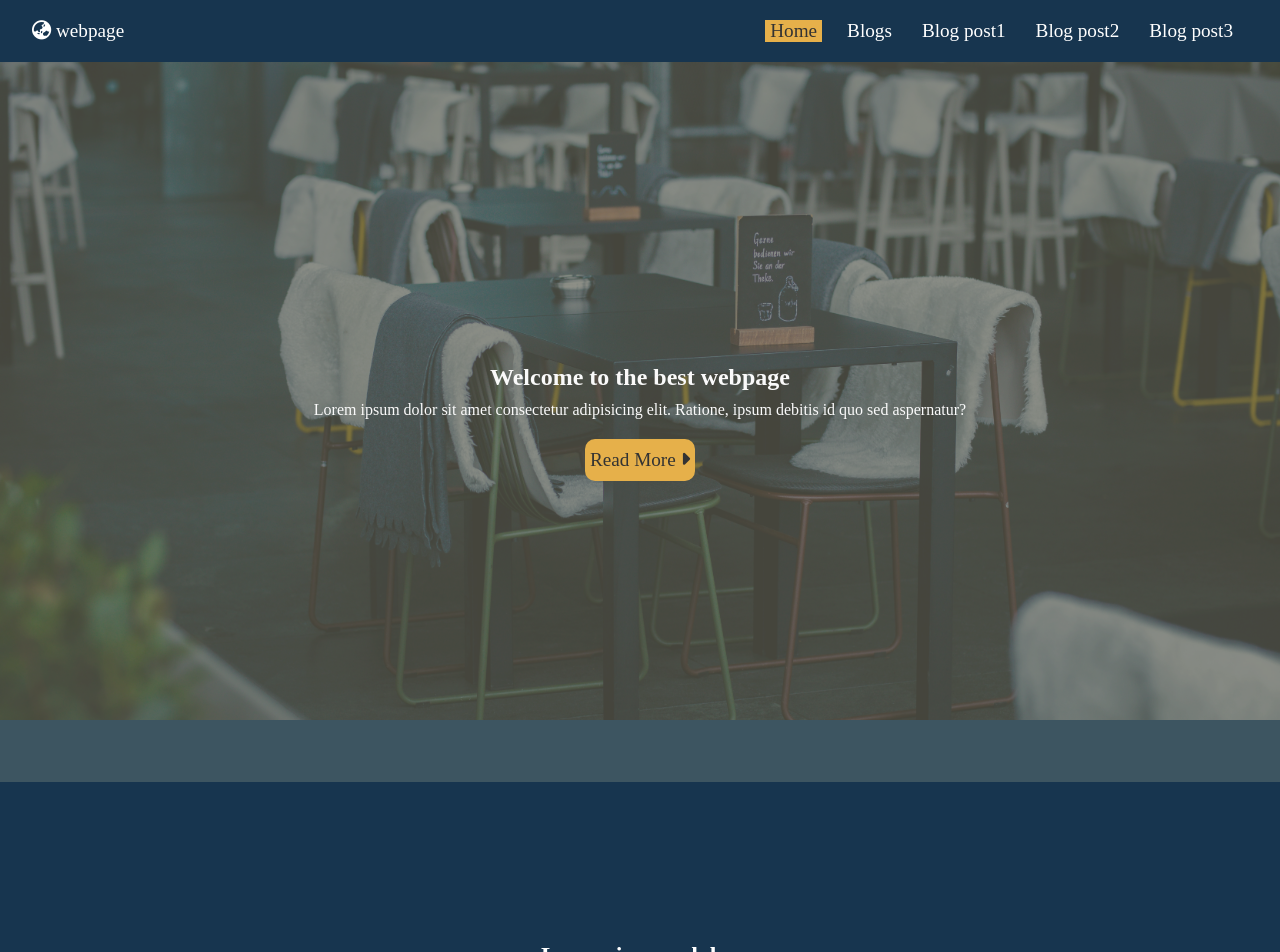
Repository: reemoon-ctrl/Landing-Page-Project
Page: index.html
The author's editor kept a copy of each file at every save. The page is drawn from the files as they stood at one save, then again after a run of saves.
The browser window is 1280 px wide. The pictures show the part of the page from y = 0 to 952 px (the page is 5730 px tall).
Some web libraries are served in a nearby version.

Above is the page before, as saved 2025-04-10 12:19:01.

After the next 8 saves:
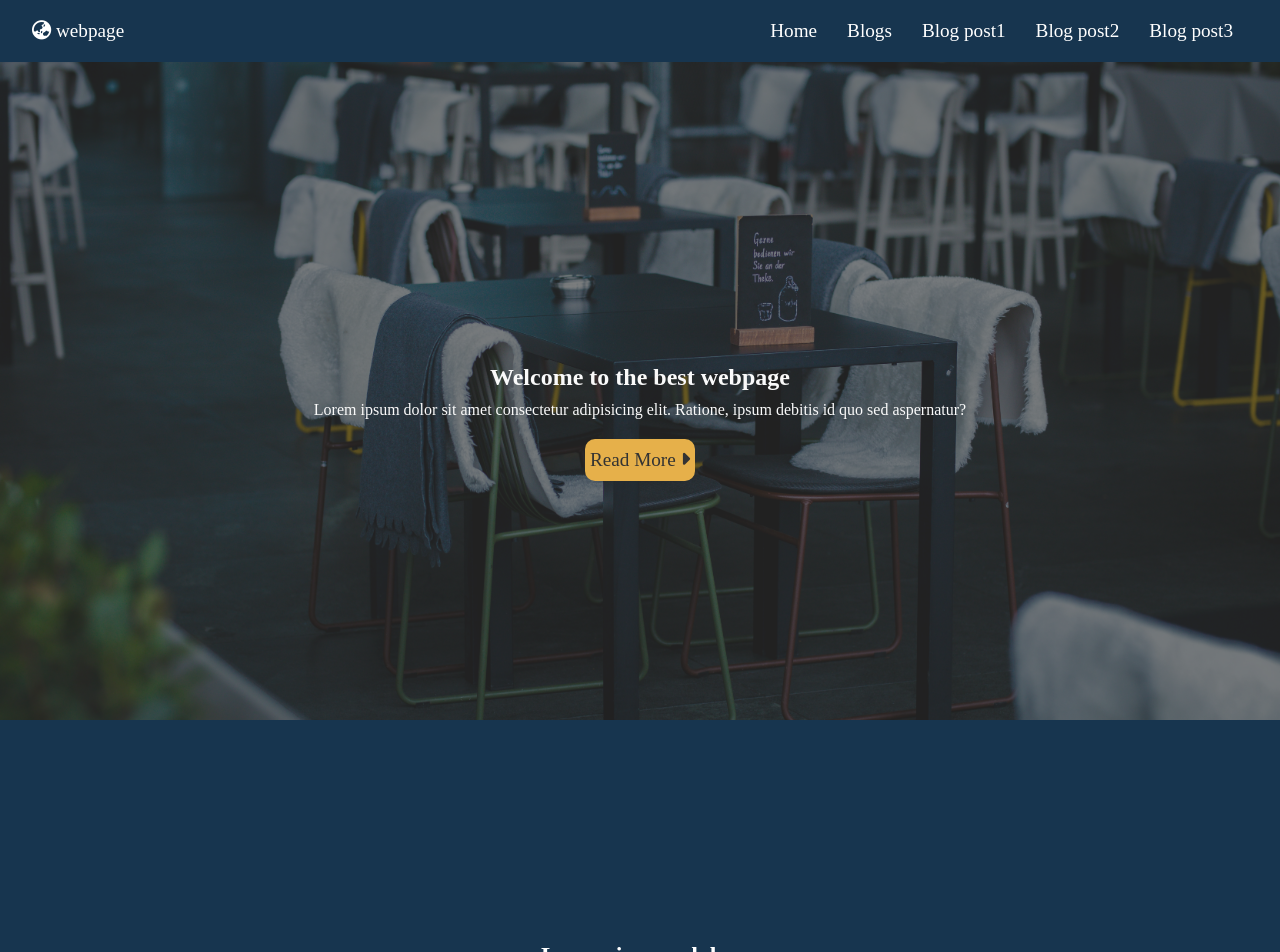
Console error: ReferenceError: fix is not defined
The 8 saves are shown as one change because they came seconds apart.
The last was saved 27 s later.
--- a/js/app.js
+++ b/js/app.js
@@ -39,7 +39,7 @@
 allNavLinks.forEach(link => link.addEventListener('click', smoothScroll));
 
 //fixing the nav bar on scroll
-window.add
+window.addEventListener("scroll",fix)
 function fixnavpar() {
   const header = document.querySelector(".main-header");
   const navBarFixedPosition = header.offsetTop;

After the 5 saves that followed:
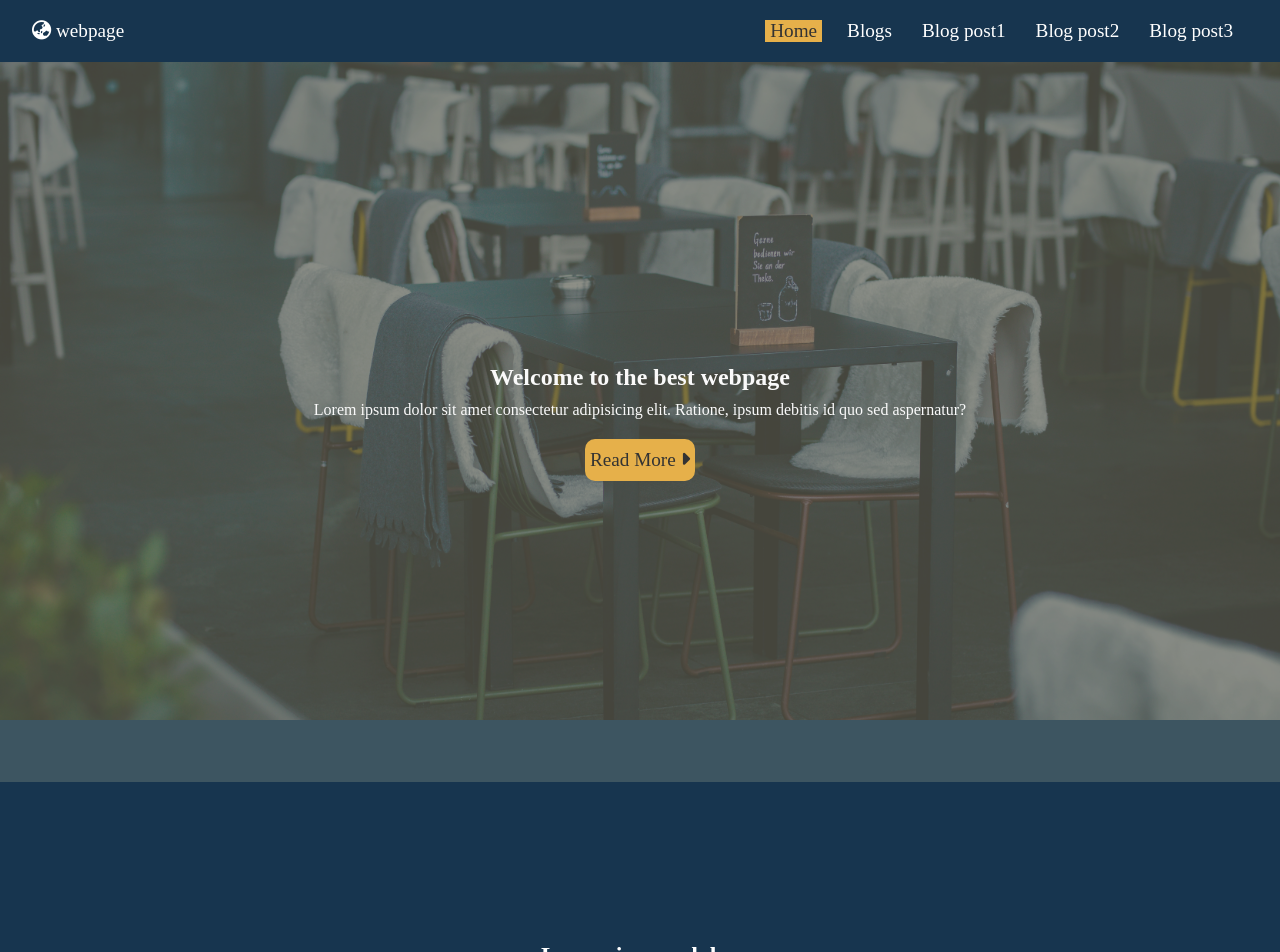
The error is gone.
The 5 saves are shown as one change because they came seconds apart.
The last was saved 10 s later.
--- a/js/app.js
+++ b/js/app.js
@@ -39,7 +39,7 @@
 allNavLinks.forEach(link => link.addEventListener('click', smoothScroll));
 
 //fixing the nav bar on scroll
-window.addEventListener("scroll",fix)
+window.addEventListener("scroll",fixnavpar)
 function fixnavpar() {
   const header = document.querySelector(".main-header");
   const navBarFixedPosition = header.offsetTop;
